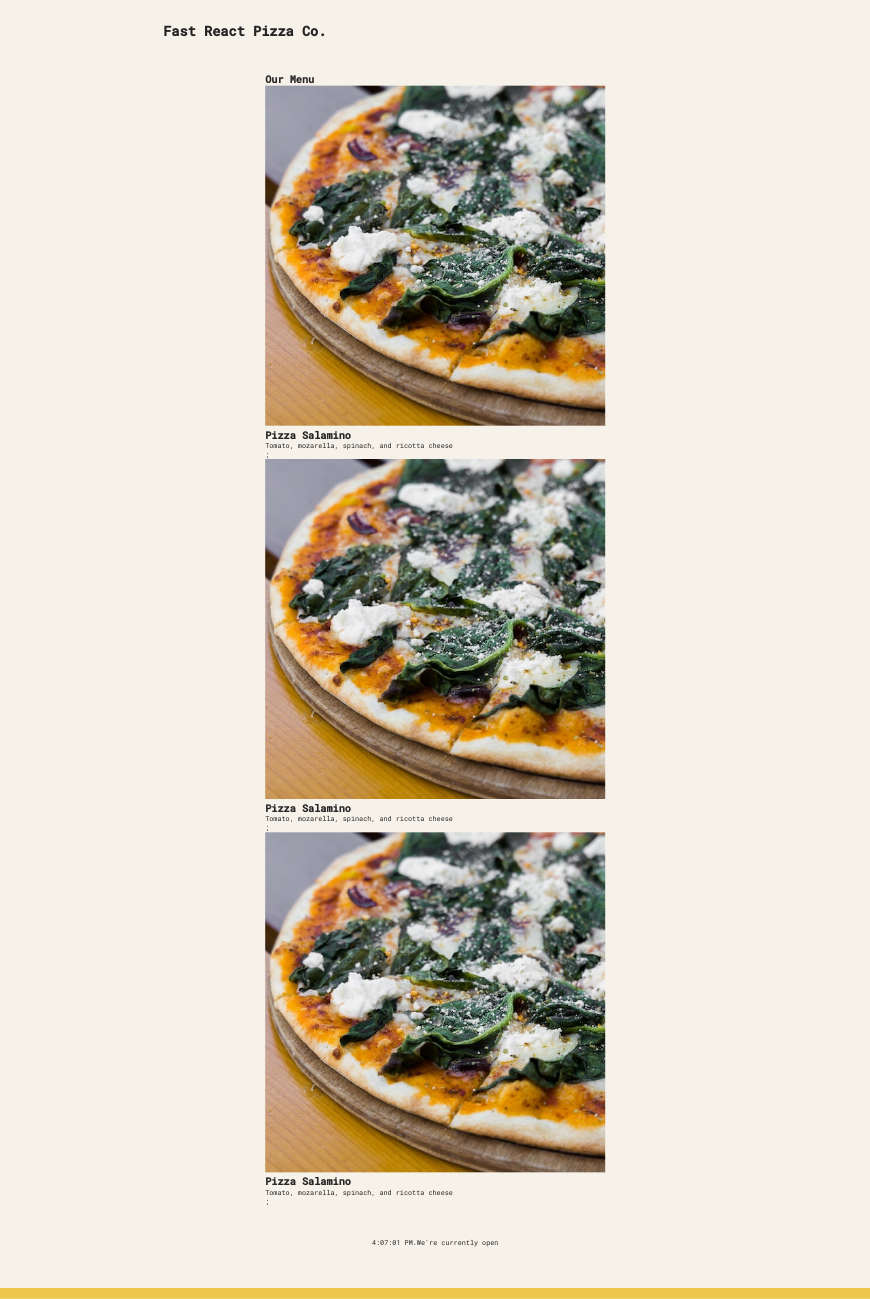
Repository: Aaryan-Poria/pizza-menu
Page: /
An editor plug-in stored every save of this project. The page is shown before and after the next save, followed by the edit.
The browser window is 1280 px wide. The pictures show the whole page, at 68% of full size.
The project was rebuilt for these pictures with package versions that can differ from the ones it lists, and the page was loaded fresh each time.

Above is the page before, as saved 2023-10-09 13:47:22.

After the next save:
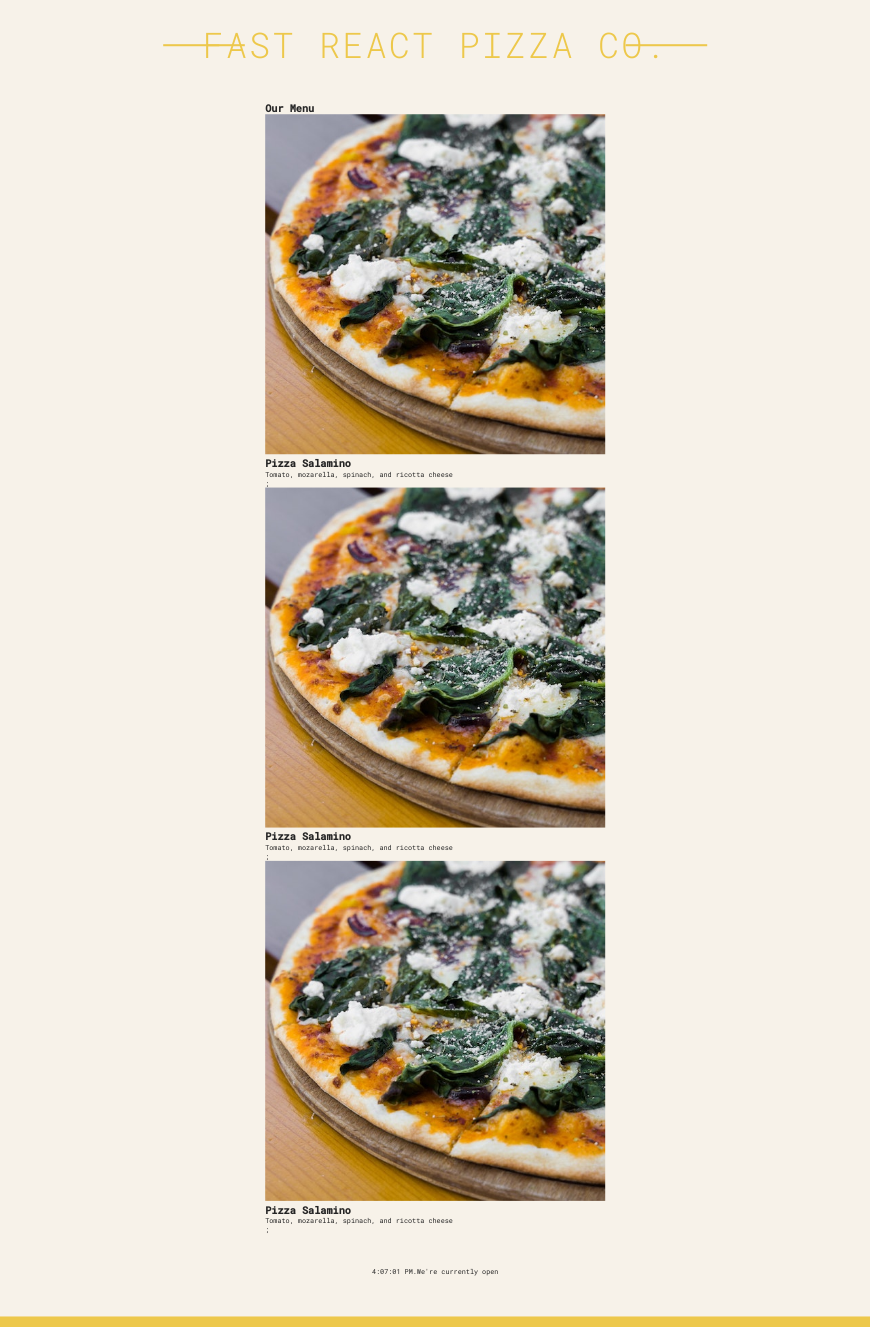
Saved 49 s later.
--- a/src/index.js
+++ b/src/index.js
@@ -70,9 +70,9 @@ function Pizza() {
 function Header() {
   const style = {}; // A JS Object
   return (
-    <h1 style={style} className="header">
-      Fast React Pizza Co.
-    </h1>
+    <header className="header">
+      <h1 style={style}>Fast React Pizza Co.</h1>
+    </header>
   ); // CSS in JSX is an object. We have another {} to basically enter JS Mode
 }
 function Menu() {
